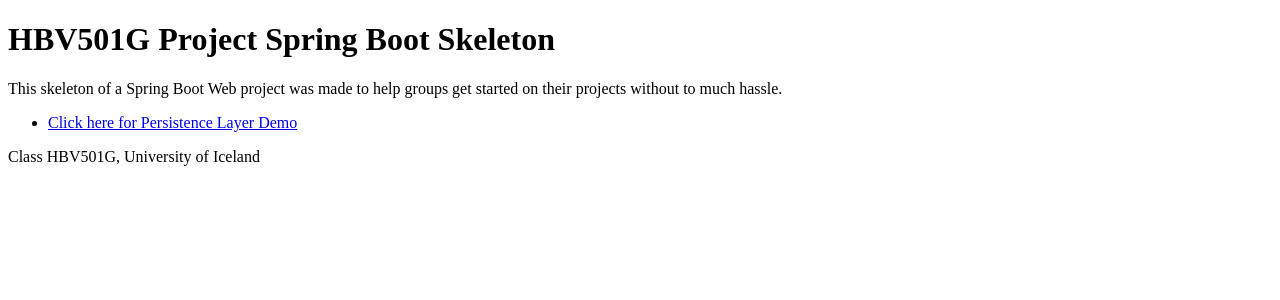
Repository: orri9/Orkulind
Page: http://localhost/Orkulind/WEB-INF/jsp/Orkulind.jsp
The author's editor kept a copy of each file at every save. The page is drawn from the files as they stood at one save, then again after the next save.
The browser window is 1280 px wide. The pictures show the whole page.
The page is served by Tomcat 9. Nobody is signed in. Other server files are loaded and not shown. The template is opened directly, without the code that normally fills it, so the values that code supplies are empty.

Above is the page before, as saved 2018-10-09 12:12:00.

### Orkulind/src/main/webapp/WEB-INF/jsp/Orkulind.jsp
<!DOCTYPE html>

<%@ taglib prefix="spring" uri="http://www.springframework.org/tags"%>
<%@ taglib prefix="c" uri="http://java.sun.com/jsp/jstl/core"%>

<html lang="en">

    <head>
        <title>Project Title</title>
    </head>
    <body>

    <h1>HBV501G Project Spring Boot Skeleton</h1>
    <p>This skeleton of a Spring Boot Web project was made to help groups get started on their projects without to much hassle.</p>

    <ul>
        <li><a href="/postit">Click here for Persistence Layer Demo</a></li>
    </ul>
    </body>
    <footer>Class HBV501G, University of Iceland</footer>
</html>

After the next save:
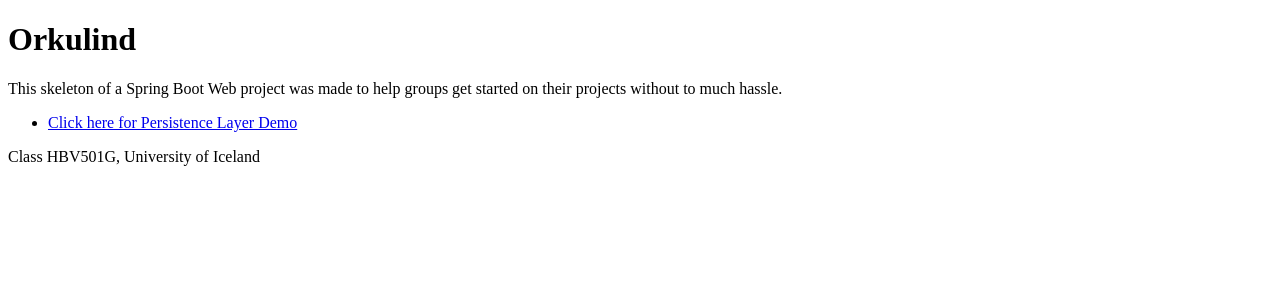
Saved 6 min 13 s later.
--- a/Orkulind/src/main/webapp/WEB-INF/jsp/Orkulind.jsp
+++ b/Orkulind/src/main/webapp/WEB-INF/jsp/Orkulind.jsp
@@ -10,7 +10,7 @@
     </head>
     <body>
 
-    <h1>HBV501G Project Spring Boot Skeleton</h1>
+    <h1>Orkulind</h1>
     <p>This skeleton of a Spring Boot Web project was made to help groups get started on their projects without to much hassle.</p>
 
     <ul>
